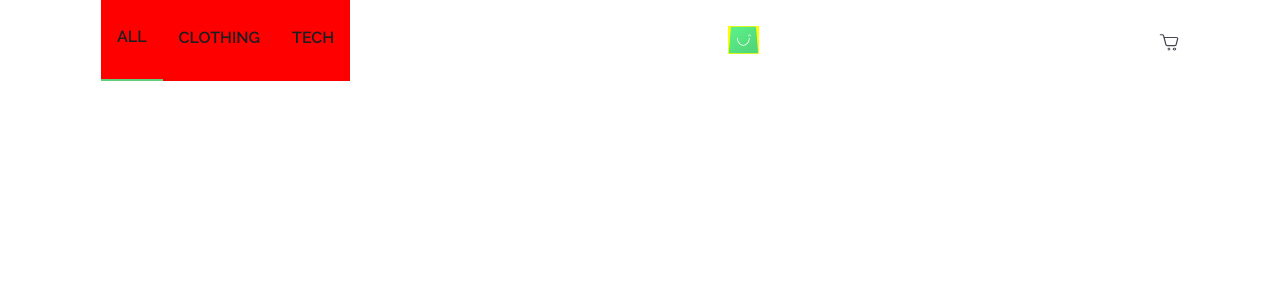
Repository: Esraa22M/project
Page: / (app in ecommerce/)
These files come from the project's save history. The page is drawn as it stood at one moment and after the next save; the edit follows.
The browser window is 1280 px wide. The pictures show the whole page.
The project was rebuilt for these pictures with package versions that can differ from the ones it lists, and the page was loaded fresh each time. Also part of the build but not shown: ecommerce/src/components/TechCategory.js, ecommerce/src/components/ClothingCategory.js, ecommerce/src/components/ErrorPage.js, ecommerce/src/components/ProductDetails.js, ecommerce/src/components/Cart.js.

Above is the page before, as saved 2022-03-26 02:16:27.

### ecommerce/public/index.html
<!DOCTYPE html>
<html lang="en">

<head>
  <meta charset="utf-8" />
  <link rel="icon" href="%PUBLIC_URL%/favicon.ico" />
  <meta name="viewport" content="width=device-width, initial-scale=1" />
  <meta name="theme-color" content="#000000" />
  <link rel="preconnect" href="https://fonts.googleapis.com">
  <link rel="preconnect" href="https://fonts.gstatic.com" crossorigin>
  <link
    href="https://fonts.googleapis.com/css2?family=Raleway:wght@300;400;500;600;700;800;900&family=Roboto:wght@300;400;500;700;900&family=Source+Sans+Pro:wght@300;400;600;700;900&display=swap"
    rel="stylesheet">
  <meta name="description" content="Web site created using create-react-app" />
  <link rel="apple-touch-icon" href="%PUBLIC_URL%/logo192.png" />
  <!--
      manifest.json provides metadata used when your web app is installed on a
      user's mobile device or desktop. See https://developers.google.com/web/fundamentals/web-app-manifest/
    -->
  <link rel="manifest" href="%PUBLIC_URL%/manifest.json" />
  <!--
      Notice the use of %PUBLIC_URL% in the tags above.
      It will be replaced with the URL of the `public` folder during the build.
      Only files inside the `public` folder can be referenced from the HTML.

      Unlike "/favicon.ico" or "favicon.ico", "%PUBLIC_URL%/favicon.ico" will
      work correctly both with client-side routing and a non-root public URL.
      Learn how to configure a non-root public URL by running `npm run build`.
    -->
  <title>React App</title>
</head>

<body>
  <noscript>You need to enable JavaScript to run this app.</noscript>
  <div id="root"></div>
  <!--
      This HTML file is a template.
      If you open it directly in the browser, you will see an empty page.

      You can add webfonts, meta tags, or analytics to this file.
      The build step will place the bundled scripts into the <body> tag.

      To begin the development, run `npm start` or `yarn start`.
      To create a production bundle, use `npm run build` or `yarn build`.
    -->
</body>

</html>

### ecommerce/src/index.css

/* ------------------- */
/* Custom properties   */
/* ------------------- */
:root {
  /* colors */
  --clr-primary: hsla(136, 53%, 59%, 1);
  --clr-black:hsla(216, 8%, 12%, 1);
  --clr-light: hsla(210, 5%, 67%, 0.19);
  --clr-light-grey:hsla(231, 6%, 58%, 1);
  --clr-white:hsla(0, 0%, 100%, 1);
  --clr-neutral:hsla(247, 13%, 25%, 0.22);
   /* font-sizes */
   --fs-14:0.875;
   --fs-16: 1rem;
   --fs-18: 1.125rem;
   --fs-24:1.5rem;
   --fs-30:1.875rem;
   --fs-42:2.625rem;
    /* font-families */
    --ff-raleway:'Raleway', sans-serif;
    --ff-roboto: 'Roboto', sans-serif;

}
/* ------------------- */
/* Reset               */
/* ------------------- */

/* Box sizing */
*,
*::before,
*::after {
    box-sizing: border-box;
    margin: 0;
    padding: 0;
}
body{
  font-family: var(--ff-raleway);
  position: relative;
  font-size:16px;
  color: var(--clr-black);
  line-height:18px;
  min-height: 100vh;
  -webkit-font-smoothing: antialiased;
  -moz-osx-font-smoothing: grayscale;
}

### ecommerce/src/App.js
import React from "react";
import { BrowserRouter as Router, Routes, Route } from "react-router-dom";
import AllCategory from "./components/AllCategory";
import Navbar from "./components/Navbar";
import TechCategory from "./components/TechCategory";
import ClothingCategory from "./components/ClothingCategory";
import ErrorPage from "./components/ErrorPage";
import ProductDetails from "./components/ProductDetails";
import Cart from "./components/Cart";
class App extends React.Component {
  constructor(props) {
    super(props);

    this.state = {};
  }

  render() {
    return (
      <Router>
        <Navbar

        />

        <Routes>
          <Route
            path="/"
            element={
              <AllCategory

              />
            }
          >
          </Route>
          <Route
            path="/clothes"
            element={
              <ClothingCategory

              />
            }
          ></Route>
          <Route
            path="/tech"
            element={
              <TechCategory

              />
            }
          ></Route>
          <Route
            path="/details/:id"
            element={
              <ProductDetails

              />
            }
          ></Route>
          <Route
            path="/cart"
            element={
              <Cart

              />
            }
          ></Route>
          <Route path="*" element={<ErrorPage />}></Route>
        </Routes>
      </Router>
    );
  }
}

// #endregion

export default App;

### ecommerce/src/components/AllCategory.js
import React from 'react';
class AllCategory extends React.Component {
constructor(props) {
    super(props);

    this.state = {
    };
}

    render() {
        return <div></div>;
    }
}


export default AllCategory;

### ecommerce/src/components/Navbar.js
import React from "react";
import circle from "../images/halfCircle.svg";
import cart from "../images/cartIcon.svg";
import bag from "../images/logo.svg";
import cartLeg from "../images/cartLeg.svg";
import arrow from "../images/arrow.svg";
import {
    Nav,
    NavLink,
    NavMenu,
    Right,
    Center,
    Header,
    ShoppingCartIcon,
  } from "../styles/Navbar.style";
class Navbar extends React.Component {
  constructor(props) {
    super(props);

    this.state = {

      links: [true , false , false],

    };
  }
  handleOnLinkClick = (index) => {
    let tempLinks = [...this.state.links];
    for (var i = 0; i < tempLinks.length; i++) {
      tempLinks[i] = false;
    }

    tempLinks[index] = true;
    this.setState({ links: tempLinks });
  };
  render() {
    let links = this.state.links;

    return (
      <Header>
        <Nav>
          <NavMenu>
            <NavLink
              to="/"
              className={links[0] === true ? "active" : ""}
               onClick={() => this.handleOnLinkClick(0)}
            >
              ALL
            </NavLink>
            <NavLink
              to="/clothes"
              className={links[1] === true ? "active" : ""}
              onClick={() => this.handleOnLinkClick(1)}
            >
              Clothing
            </NavLink>
            <NavLink
              className={links[2] === true ? "active" : ""}
              to="/tech"
              onClick={() => this.handleOnLinkClick(2)}
            >
              Tech
            </NavLink>
          </NavMenu>
          <Center>
           <img
              src={bag}
              className="bag"
              alt="shopping-bag"
            />
            <img src={arrow} alt="up-arrow" className="upArrow" />
            <img src={circle} alt="circle" className="circle" />
          </Center>
          <Right>
            {/* <CustomDropDownMenu
              handleCurrencyIndexSelection={
                this.props.handleCurrencyIndexSelection
              }
            /> */}
            <ShoppingCartIcon>
              <img src={cart} alt="cart" className="cart-icon" />
              <img src={cartLeg} alt="cart" className="cart-leg-1 " />
              <img src={cartLeg} alt="cart" className="cart-leg-2 " />

              {/* <img src={cartLeg} alt="cart" className="cart-leg-1 " />
              <img src={cartLeg} alt="cart" className="cart-leg-2 " />
              {/* {this.props.cartItemsCount > 0 ? ( *
                <span className="circle">{this.props.cartItemsCount}</span>
              ) : (
                ""
              )} */}
             </ShoppingCartIcon>
          </Right>
        </Nav>
      </Header>
    );
  }
}
export default Navbar;

### ecommerce/src/styles/Navbar.style.js
import styled from "styled-components";
import { Link } from "react-router-dom";
export let Header = styled.header`
background-color:var(--clr-white);
`
export let Nav = styled.nav`
  display: flex;
  align-items: center;
  justify-content: space-between;
  text-transform: uppercase;
  padding: 0;
  margin: 0 6.313rem;

  height: 5rem;
`;

export const NavMenu = styled.div`
  /* & > * {
    margin-right: 1.25rem;
  } */
  display: flex;
  justify-content: center;
  align-items: center;
  background-color:red;
  .active {
    border-bottom: 2px solid var( --clr-primary);
  }
`;
export const NavLink = styled(Link)`
  color: var(--color-black);
  text-decoration: none;
  display: flex;
  padding-top: 1.75rem;
  padding-bottom: 2rem;
  padding-left:1rem;
  padding-right:1rem;
  font-weight: 600;
  line-height: 1.2rem;
  font-size:var(--fs-16);
  text-align: center;
  cursor: pointer;
`;
export const Center = styled.div`
  display: flex;
  line-height:18px;
  background-color:yellow;
  position: relative;
  width: 1.949rem;
    height: 1.789rem;
  .circle,
  .upArrow {
    position: absolute;
  }
  .bag {
    width: 100%;
    height:100%;
  }
  .upArrow {
    width:0.338rem;
    height:0.199rem;
    bottom: 1.082rem;
    right: 0.429rem;
  }
  .circle {
    bottom: 0.54rem;
    right: 0.571rem;
    width:0.88rem;
    height:0.562rem;
  }
`;
export const Right = styled.div`
  display: flex;
  justify-content: center;
  align-items: center;`

export let ShoppingCartIcon = styled.div`
  display: flex;
  flex-direction: column;
  justify-content: center;
  align-items: center;
  position: relative;
  width:1.25rem;
  height:0.813rem;
  margin-left: 1.375rem;
  .cart-icon{
    width:100%;
    height:100%;
  }
  .cart-leg-1 ,.cart-leg-2{
    position:absolute;
    width:0.274rem;
    height:0.262rem;
    display:inline-block;
    top:100%;
  }
  .cart-leg-2{
    right:0.133rem;
  }

  /* .circle {
    position: absolute;
    display: flex;
    display:none;
    justify-content: center;
    align-items: center;
    color: var(--color-white);
    background-color: var(--color-black);
    border-radius: 100%;
    bottom: 1.5vw;
    font-weight: 700;
    font-size: 1.5vw;
    line-height: 2.28vw;
    text-align: center;
  }
  .cart-leg-1 , .cart-leg-2{
    position:absolute;
  }
  .cart-leg-1{
    top:1rem;
    right:0.1rem;
  }
  .cart-leg-2{
    top:1rem;

  } */

`;

Loaded but not shown: ecommerce/src/index.js (common file)

After the next save:
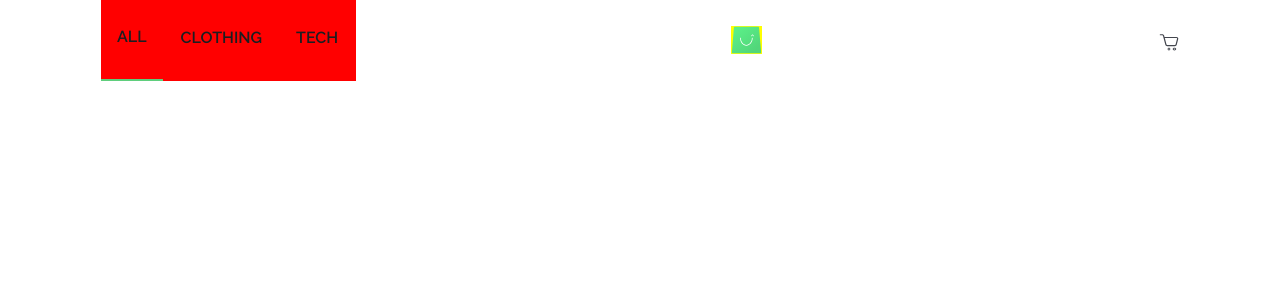
Saved 84 s later.
--- a/ecommerce/src/styles/Navbar.style.js
+++ b/ecommerce/src/styles/Navbar.style.js
@@ -15,9 +15,9 @@
 `;
 
 export const NavMenu = styled.div`
-  /* & > * {
-    margin-right: 1.25rem;
-  } */
+ & > * {
+    margin-right: 0.125rem;
+  }
   display: flex;
   justify-content: center;
   align-items: center;
